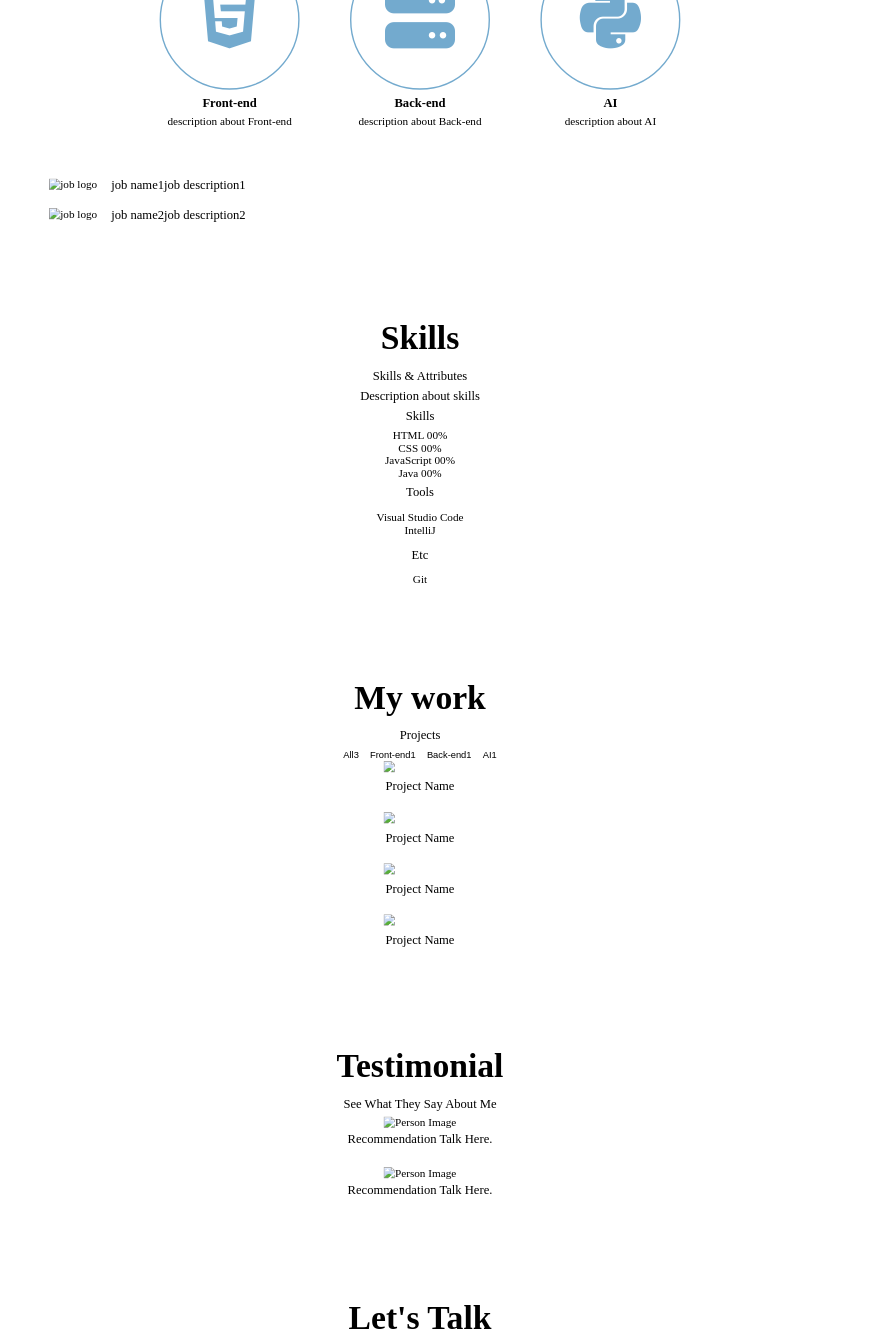
Repository: YEOMJINSEOP/yeomjinseop.github.io
Page: index.html
An editor plug-in stored every save of this project. The page is shown before and after the next save, followed by the edit.
The browser window is 1280 px wide. The pictures show the part of the page from y = 863 to 2783 px (the page is 2915 px tall before and 2939 px after), at 70% of full size.
Some web libraries are served in a nearby version.

Above is the page before, as saved 2022-08-14 13:26:47.

After the next save:
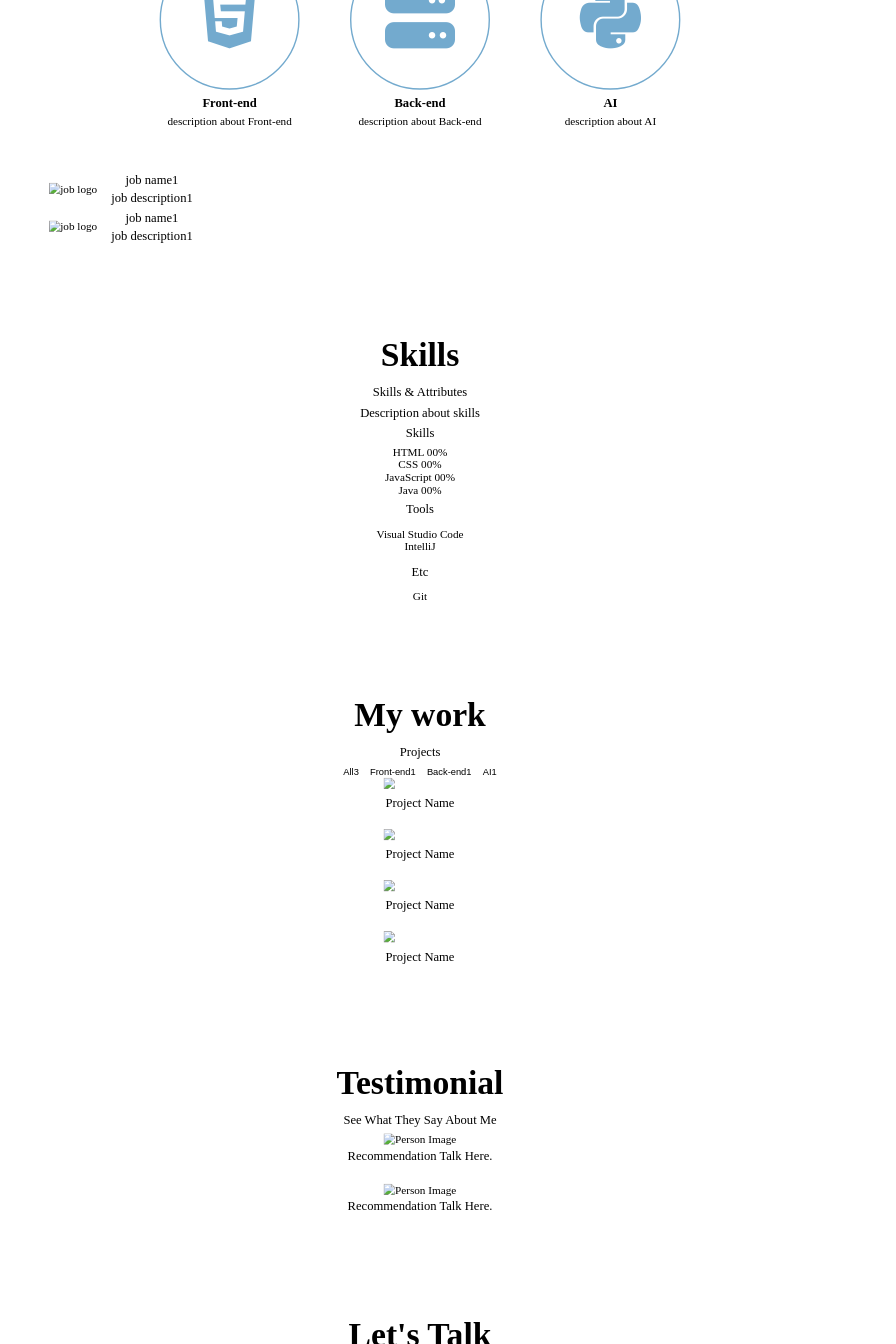
Saved 34 s later.
--- a/index.html
+++ b/index.html
@@ -103,13 +103,17 @@
     <div class="about__jobs">
       <div class="job">
         <img src="" alt="job logo" class="job__logo">
-        <p class="job__name">job name1</p>
-        <p class="job__description">job description1</p>
+        <div class="job__info">
+          <p class="job__name">job name1</p>
+          <p class="job__description">job description1</p>
+        </div>
       </div>
       <div class="job">
         <img src="" alt="job logo" class="job__logo">
-        <p class="job__name">job name2</p>
-        <p class="job__description">job description2</p>
+        <div class="job__info">
+          <p class="job__name">job name1</p>
+          <p class="job__description">job description1</p>
+        </div>
       </div>
     </div>
   </section>
